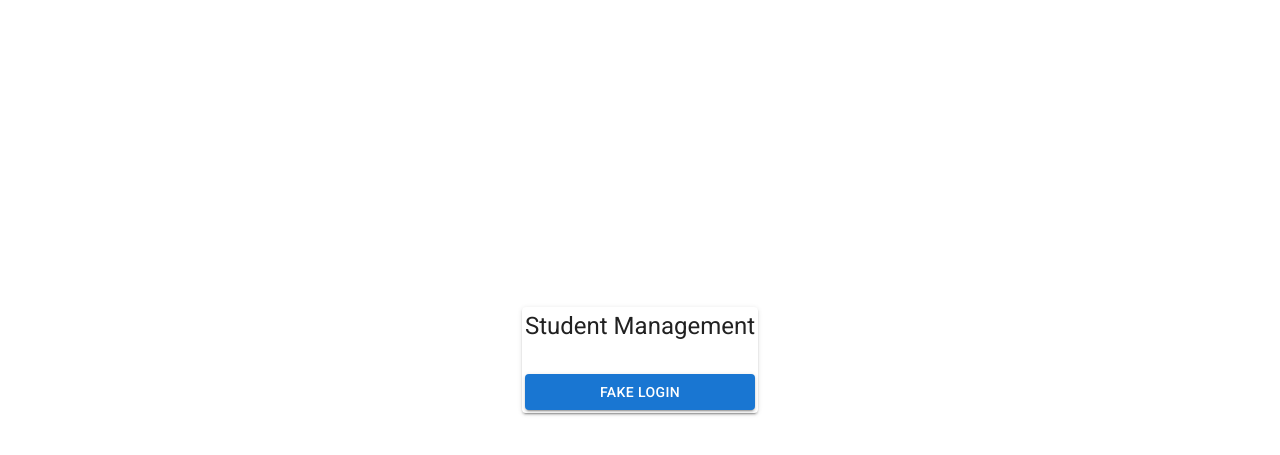
Repository: lethanhdat25/redux-saga
Page: /admin
These files come from the project's save history. The page is drawn as it stood at one moment and after the next save; the edit follows.
The browser window is 1280 px wide. The pictures show the whole page.
The page's requests for data from a server got no answer. The project was rebuilt for these pictures with package versions that can differ from the ones it lists, and the page was loaded fresh each time. No one was signed in, and anything a server would have sent is missing. Also part of the build but not shown: src/components/Common/NotFound.tsx.

Above is the page before, as saved 2021-11-02 12:38:34.

### public/index.html
<!DOCTYPE html>
<html lang="en">
  <head>
    <meta charset="utf-8" />
    <link rel="icon" href="%PUBLIC_URL%/favicon.ico" />
    <meta name="viewport" content="width=device-width, initial-scale=1" />
    <meta name="theme-color" content="#000000" />
    <meta
      name="description"
      content="Web site created using create-react-app"
    />
    <link rel="apple-touch-icon" href="%PUBLIC_URL%/logo192.png" />
    <!--
      manifest.json provides metadata used when your web app is installed on a
      user's mobile device or desktop. See https://developers.google.com/web/fundamentals/web-app-manifest/
    -->
    <link rel="manifest" href="%PUBLIC_URL%/manifest.json" />
    <!-- Material UI -->
    <link
      rel="stylesheet"
      href="https://fonts.googleapis.com/css?family=Roboto:300,400,500,700&display=swap"
    />
    <link
      rel="stylesheet"
      href="https://fonts.googleapis.com/icon?family=Material+Icons"
    />
    <!--
      Notice the use of %PUBLIC_URL% in the tags above.
      It will be replaced with the URL of the `public` folder during the build.
      Only files inside the `public` folder can be referenced from the HTML.

      Unlike "/favicon.ico" or "favicon.ico", "%PUBLIC_URL%/favicon.ico" will
      work correctly both with client-side routing and a non-root public URL.
      Learn how to configure a non-root public URL by running `npm run build`.
    -->
    <title>React Redux App</title>
  </head>
  <body>
    <noscript>You need to enable JavaScript to run this app.</noscript>
    <div id="root"></div>
    <!--
      This HTML file is a template.
      If you open it directly in the browser, you will see an empty page.

      You can add webfonts, meta tags, or analytics to this file.
      The build step will place the bundled scripts into the <body> tag.

      To begin the development, run `npm start` or `yarn start`.
      To create a production bundle, use `npm run build` or `yarn build`.
    -->
  </body>
</html>

### src/index.tsx
import { CssBaseline } from "@mui/material";
import React from 'react';
import ReactDOM from 'react-dom';
import { Provider } from 'react-redux';
import { BrowserRouter as Router } from 'react-router-dom';
import App from './App';
import { store } from './app/store';
import './index.css';
import * as serviceWorker from './serviceWorker';
ReactDOM.render(
  <React.StrictMode>
    <Provider store={store}>
      <Router>
        <CssBaseline/>
        <App/>
      </Router>
    </Provider>
  </React.StrictMode>,
  document.getElementById('root')
);

// If you want your app to work offline and load faster, you can change
// unregister() to register() below. Note this comes with some pitfalls.
// Learn more about service workers: https://bit.ly/CRA-PWA
serviceWorker.unregister();

### src/App.tsx
import cityApi from 'api/cityApi';
import { NotFound, PrivateRoute } from 'components/Common';
import { AdminLayout } from 'components/Layout';
import LoginPage from 'features/auth/pages/LoginPages';
import React, { useEffect } from 'react';
import { Route, Switch } from 'react-router-dom';

function App() {
  useEffect(()=>{
    cityApi.getAll().then(response => console.log(response));
  },[]);
  return (
    <div>
      <Switch>
        <Route path="/login" component={LoginPage} />
        <PrivateRoute path="/admin" component={AdminLayout}/>
        <Route component={NotFound}/>
      </Switch>
    </div>
  );
}

export default App;

### src/app/store.ts
import createSagaMiddleware from '@redux-saga/core';
import { configureStore, ThunkAction, Action } from '@reduxjs/toolkit';
import counterReducer from '../features/counter/counterSlice';
import rootSaga from './rootSaga';

const sagaMiddleware = createSagaMiddleware();
export const store = configureStore({
  reducer: {
    counter: counterReducer,
  },
  middleware: (getDefaultMiddle) => getDefaultMiddle().concat(sagaMiddleware),
});
sagaMiddleware.run(rootSaga);

export type AppDispatch = typeof store.dispatch;
export type RootState = ReturnType<typeof store.getState>;
export type AppThunk<ReturnType = void> = ThunkAction<
  ReturnType,
  RootState,
  unknown,
  Action<string>
>;

### src/api/cityApi.ts
import { City, ListResponse } from 'models';
import axiosClient from './axiosClient';

const cityApi = {
  getAll(): Promise<ListResponse<City>> {
    const url = '/cities';
    return axiosClient.get(url, {
      params: {
        _limit: 10,
        _page: 1,
      },
    });
  },
};
export default cityApi;

### src/components/Common/index.ts
export * from './NotFound';
export * from './PrivateRoute';

### src/components/Layout/index.ts
export * from './Amin';

### src/features/auth/pages/LoginPages.tsx
import { Box, Button, Paper, Typography } from '@mui/material';
import { makeStyles } from '@mui/styles';
import * as React from 'react';
const useStyles=makeStyles((theme) => ({
  root: {
    display: 'flex',
    flexFlow: 'row nowrap',
    justifyContent: 'center',
    alignItems: 'center',
    minHeight:'100vh'
  },
  box:{
    padding:3
  }
}));
export interface ILoginPageProps {
}

export default function LoginPage (props: ILoginPageProps) {
  const classes= useStyles();
  return (
    <div className={classes.root}>
      <Paper elevation={2} className={classes.box}>
        <Typography component="h1" variant="h5">Student Management</Typography>
        <Box mt={4}>
          <Button fullWidth variant="contained" color="primary">
            Fake Login
          </Button>
        </Box>
      </Paper>
    </div>
  );
}

### src/features/counter/counterSlice.ts
import { createAsyncThunk, createSlice, PayloadAction } from '@reduxjs/toolkit';
import { RootState, AppThunk } from '../../app/store';
import { fetchCount } from './counterAPI';

export interface CounterState {
  value: number;
  status: 'idle' | 'loading' | 'failed';
}

const initialState: CounterState = {
  value: 0,
  status: 'idle',
};

// The function below is called a thunk and allows us to perform async logic. It
// can be dispatched like a regular action: `dispatch(incrementAsync(10))`. This
// will call the thunk with the `dispatch` function as the first argument. Async
// code can then be executed and other actions can be dispatched. Thunks are
// typically used to make async requests.
export const incrementAsync = createAsyncThunk('counter/fetchCount', async (amount: number) => {
  const response = await fetchCount(amount);
  // The value we return becomes the `fulfilled` action payload
  return response.data;
});

export const counterSlice = createSlice({
  name: 'counter',
  initialState,
  // The `reducers` field lets us define reducers and generate associated actions
  reducers: {
    increment: (state) => {
      // Redux Toolkit allows us to write "mutating" logic in reducers. It
      // doesn't actually mutate the state because it uses the Immer library,
      // which detects changes to a "draft state" and produces a brand new
      // immutable state based off those changes
      state.value += 1;
    },
    decrement: (state) => {
      state.value -= 1;
    },
    // Use the PayloadAction type to declare the contents of `action.payload`
    incrementByAmount: (state, action: PayloadAction<number>) => {
      state.value += action.payload;
    },
    //Test Saga
    incrementSaga: (state, action: PayloadAction<number>) => {
      state.status = 'loading';
    },
    incrementSagaSuccess: (state, action: PayloadAction<number>) => {
      state.status = 'idle';
      state.value += action.payload;
    },
  },
  // The `extraReducers` field lets the slice handle actions defined elsewhere,
  // including actions generated by createAsyncThunk or in other slices.
  extraReducers: (builder) => {
    builder
      .addCase(incrementAsync.pending, (state) => {
        state.status = 'loading';
      })
      .addCase(incrementAsync.fulfilled, (state, action) => {
        state.status = 'idle';
        state.value += action.payload;
      });
  },
});

export const { increment, decrement, incrementByAmount, incrementSaga, incrementSagaSuccess } =
  counterSlice.actions;

// The function below is called a selector and allows us to select a value from
// the state. Selectors can also be defined inline where they're used instead of
// in the slice file. For example: `useSelector((state: RootState) => state.counter.value)`
export const selectCount = (state: RootState) => state.counter.value;

// We can also write thunks by hand, which may contain both sync and async logic.
// Here's an example of conditionally dispatching actions based on current state.
export const incrementIfOdd =
  (amount: number): AppThunk =>
  (dispatch, getState) => {
    const currentValue = selectCount(getState());
    if (currentValue % 2 === 1) {
      dispatch(incrementByAmount(amount));
    }
  };

export default counterSlice.reducer;

### src/app/rootSaga.ts
import counterSaga from 'features/counter/counterSaga';
import { all } from 'redux-saga/effects';
//TODO: create root saga
function* helloSaga() {
  console.log('Hello Saga!');
}
export default function* rootSaga() {
  console.log('rootSaga');
  yield all([helloSaga(), counterSaga()]);
}

### src/api/axiosClient.ts
import axios, { AxiosRequestConfig, AxiosResponse } from 'axios';

const axiosClient = axios.create({
  baseURL: 'https://js-post-api.herokuapp.com/api/',
  headers: {
    'Content-Type': 'application/json',
  },
});
// Add a request interceptor
axiosClient.interceptors.request.use(
  function (config: AxiosRequestConfig) {
    // Do something before request is sent
    return config;
  },
  function (error) {
    // Do something with request error
    return Promise.reject(error);
  }
);

// Add a response interceptor
axiosClient.interceptors.response.use(
  function (response: AxiosResponse) {
    // Any status code that lie within the range of 2xx cause this function to trigger
    // Do something with response data
    return response.data;
  },
  function (error) {
    // Any status codes that falls outside the range of 2xx cause this function to trigger
    // Do something with response error
    return Promise.reject(error);
  }
);

export default axiosClient;

### src/components/Common/PrivateRoute.tsx
import * as React from 'react';
import { Route, RouteProps, useHistory } from 'react-router-dom';


export function PrivateRoute (props: RouteProps) {
  // TODO:Check if user is login
  const isLoggedIn = Boolean(localStorage.getItem('access_token'))
  const history=useHistory();
    //If no,redirect to login page
  if(!isLoggedIn) {
    history.push("/login")
  }
    //Otherwise,show the route
  return (
    <Route {...props}/>
  );
}

### src/components/Layout/Amin.tsx
import * as React from 'react';

export interface IAdminLayoutProps {
}

export function AdminLayout (props: IAdminLayoutProps) {
  return (
    <div>
      Admin Layout
    </div>
  );
}

### src/features/counter/counterSaga.ts
import { delay, put, takeLatest } from '@redux-saga/core/effects';
import { PayloadAction } from '@reduxjs/toolkit';
import { incrementSaga, incrementSagaSuccess } from './counterSlice';

export function* handleIncrementSaga(action: PayloadAction<number>) {
  console.log('Waiting 2s');
  yield delay(2000);
  console.log('Waiting done, dispatch action');

  //Dispatch action success
  yield put(incrementSagaSuccess(action.payload));
}
export default function* counterSaga() {
  console.log('counterSaga');
  yield takeLatest(incrementSaga.toString(), handleIncrementSaga);
}

Loaded but not shown: src/index.css (common file); src/serviceWorker.ts (common file); src/features/counter/counterAPI.ts (common file)

After the next save:
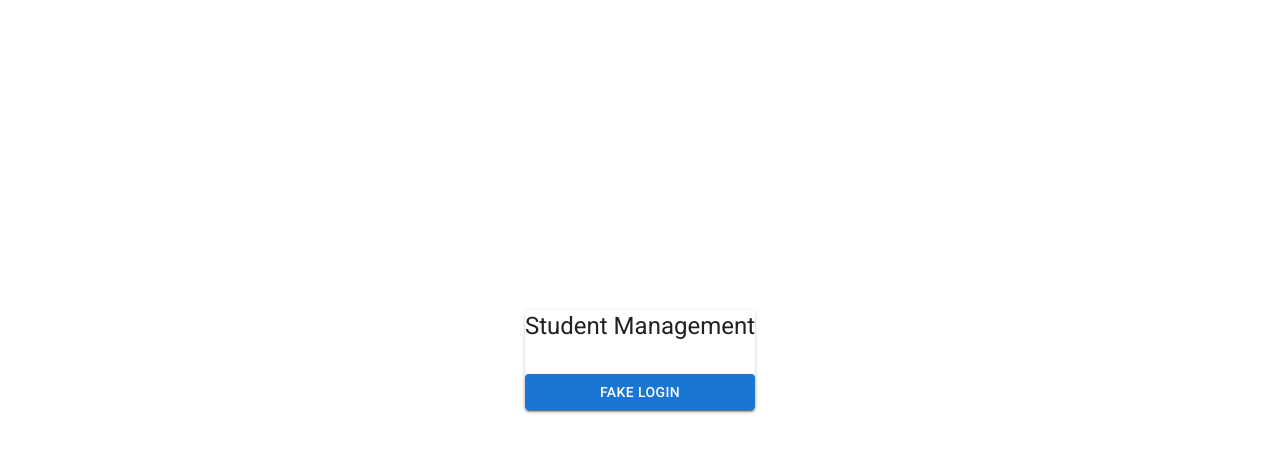
Saved 38 min 4 s later.
--- a/src/features/auth/pages/LoginPages.tsx
+++ b/src/features/auth/pages/LoginPages.tsx
@@ -10,7 +10,7 @@
     minHeight:'100vh'
   },
   box:{
-    padding:3
+    padding:"3"
   }
 }));
 export interface ILoginPageProps {
